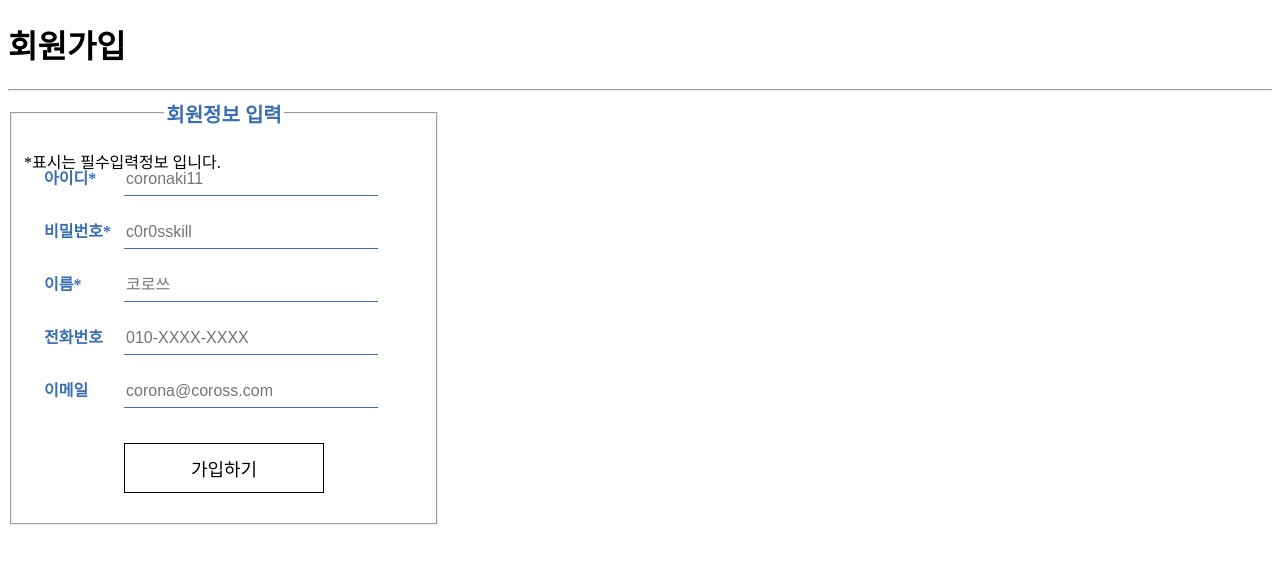
Repository: bbookk1104/spring-workspace
Page: http://localhost/practice_CRUD/joinFrm.do
These files come from the project's save history. The page is drawn as it stood at one moment and after the next save; the edit follows.
The browser window is 1280 px wide. The pictures show the whole page.
The page is served by Tomcat 9. Other server files are loaded and not shown.

Above is the page before, as saved 2022-09-30 10:18:07.

### practice_CRUD/src/main/webapp/WEB-INF/views/member/joinFrm.jsp
<%@ page language="java" contentType="text/html; charset=UTF-8"
    pageEncoding="UTF-8"%>
<!DOCTYPE html>
<html>
<head>
<meta charset="UTF-8">
<title>회원가입</title>
<style>
	ul{
		margin: 20px;
		padding: 0;
	}
	li{
		list-style-type: none;
	}
	input[type=text], input[type=password]{
		width: 250px;
		height: 30px;
		margin: 10px 0px 10px 0px;
		border: 0;
		border-bottom: 1px solid #396EB0;
		font-size: 16px;
	}
	input:focus{
		outline: 0;
		color: #396EB0;
		font-weight: bold;
	}
	input[type=submit]{
		margin-top: 25px;
		width:200px;
		height:50px;
		border: 1px solid #000;
		background-color: #fff;
		font-size: 18px;
	}
	input[type=submit]:hover{
		cursor: pointer;
		border-color: #396EB0;
		background-color: #396EB0;
		color: #fff;
		font-weight: bold;
		transition: 0.5s;
	}
	label{
		display: inline-block;
		width: 80px;
		height: 30px;
		color: #396EB0;
		font-weight: 900;
	}
	fieldset{
		width: 400px;
		position: relative;
	}
	legend{
		color: #396EB0;
		font-weight: 900;
		font-size: 20px;
		text-align: center;
	}
	p{
		position: absolute;
		right: 10;
	}
</style>
</head>
<body>
	<h1>회원가입</h1>
	<hr>
	<form action="/insertMember.do" method="post">
		<fieldset>
			<legend>회원정보 입력</legend>
			<p>*표시는 필수입력정보 입니다.</p>
			<ul>
				<li><label for="id">아이디*</label><input type="text" name="memberId" id="id" placeholder="coronaki11" autocomplete="off" required></li>
				<li><label for="pw">비밀번호*</label><input type="password" name="memberPw" id="pw" placeholder="c0r0sskill" autocomplete="off" required></li>
				<li><label for="name">이름*</label><input type="text" name="memberName" id="name" placeholder="코로쓰" autocomplete="off" required></li>
				<li><label for="phone">전화번호</label><input type="text" name="phone" id="phone" placeholder="010-XXXX-XXXX" autocomplete="off"></li>
				<li><label for="email">이메일</label><input type="text" name="email" id="email" placeholder="corona@coross.com" autocomplete="off"></li>
				<li style="text-align: center;"><input type="submit" value="가입하기"></li>
			</ul>
		</fieldset>
	</form>
</body>
</html>

After the next save:
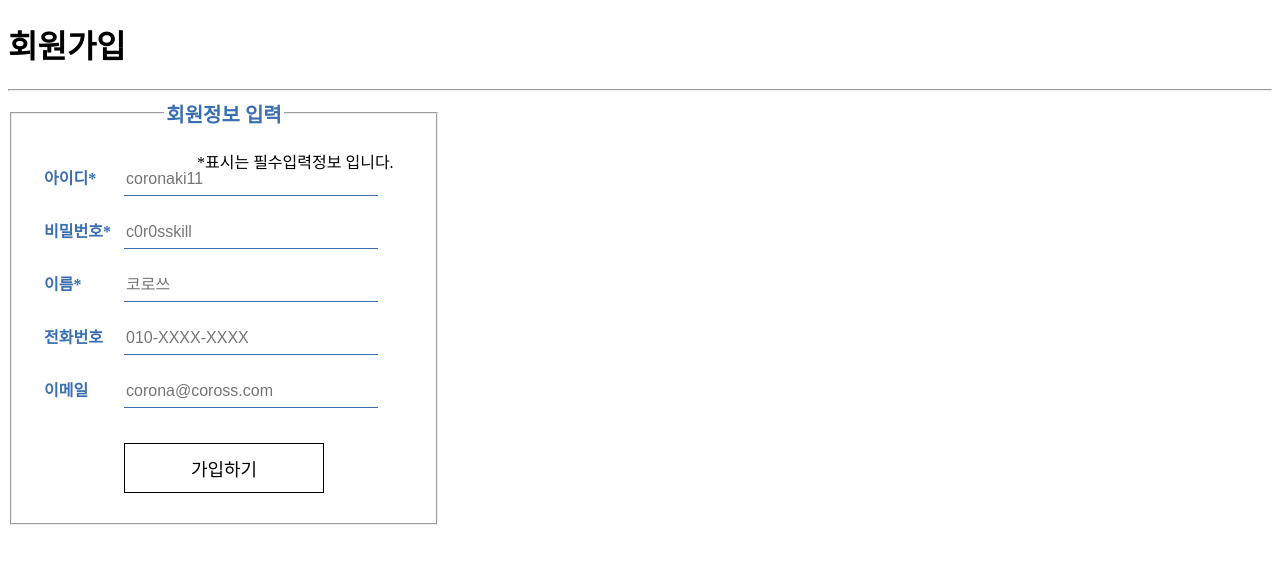
Saved 4 s later.
--- a/practice_CRUD/src/main/webapp/WEB-INF/views/member/joinFrm.jsp
+++ b/practice_CRUD/src/main/webapp/WEB-INF/views/member/joinFrm.jsp
@@ -61,7 +61,7 @@
 	}
 	p{
 		position: absolute;
-		right: 10;
+		right: 10%;
 	}
 </style>
 </head>
